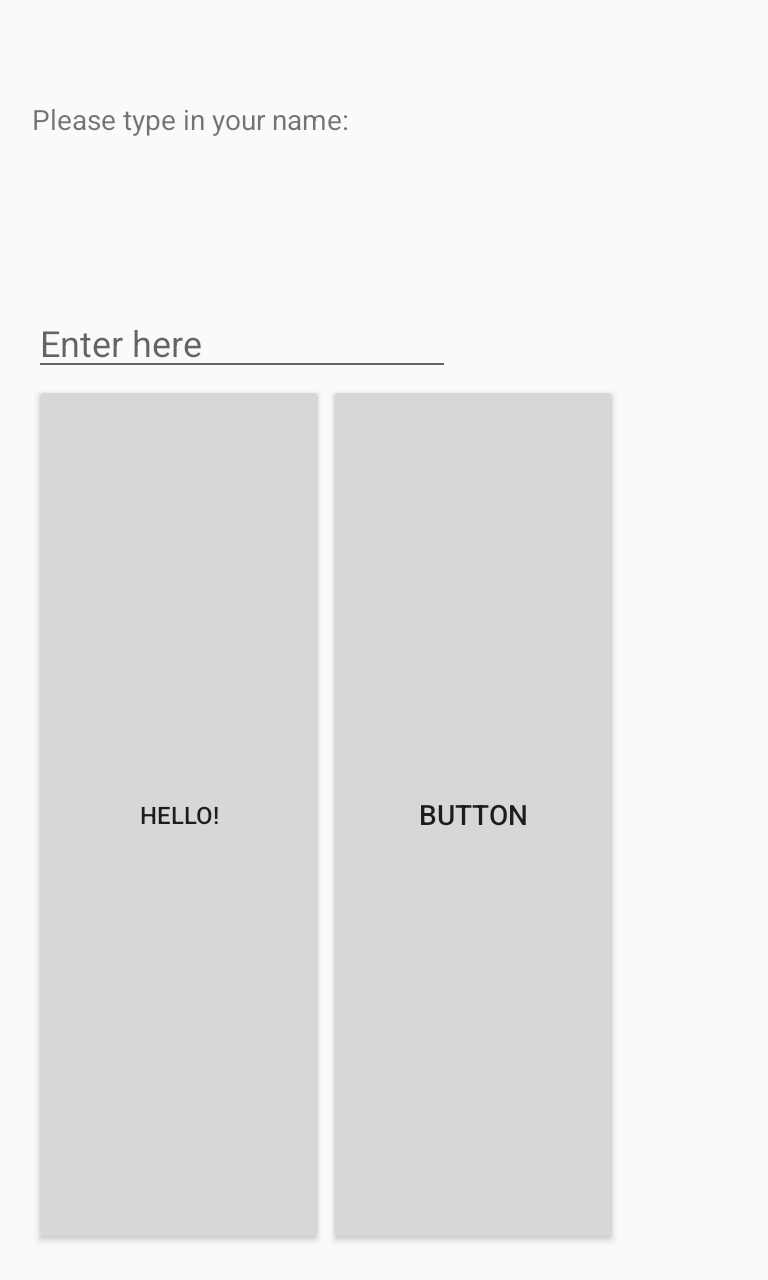
Repository: echolomaniac/HelloWorld
Layout: HelloWorld/res/layout/fragment_main.xml
The author's editor kept a copy of each file at every save. The layout is drawn from the files as they stood at one save, then again after the next save.
It is drawn on a 768 x 1280 px phone screen (xhdpi) without system bars, with theme AppTheme; the app's code is not run.

Above is the layout before, as saved 2014-05-06 05:20:02.

After the next save:
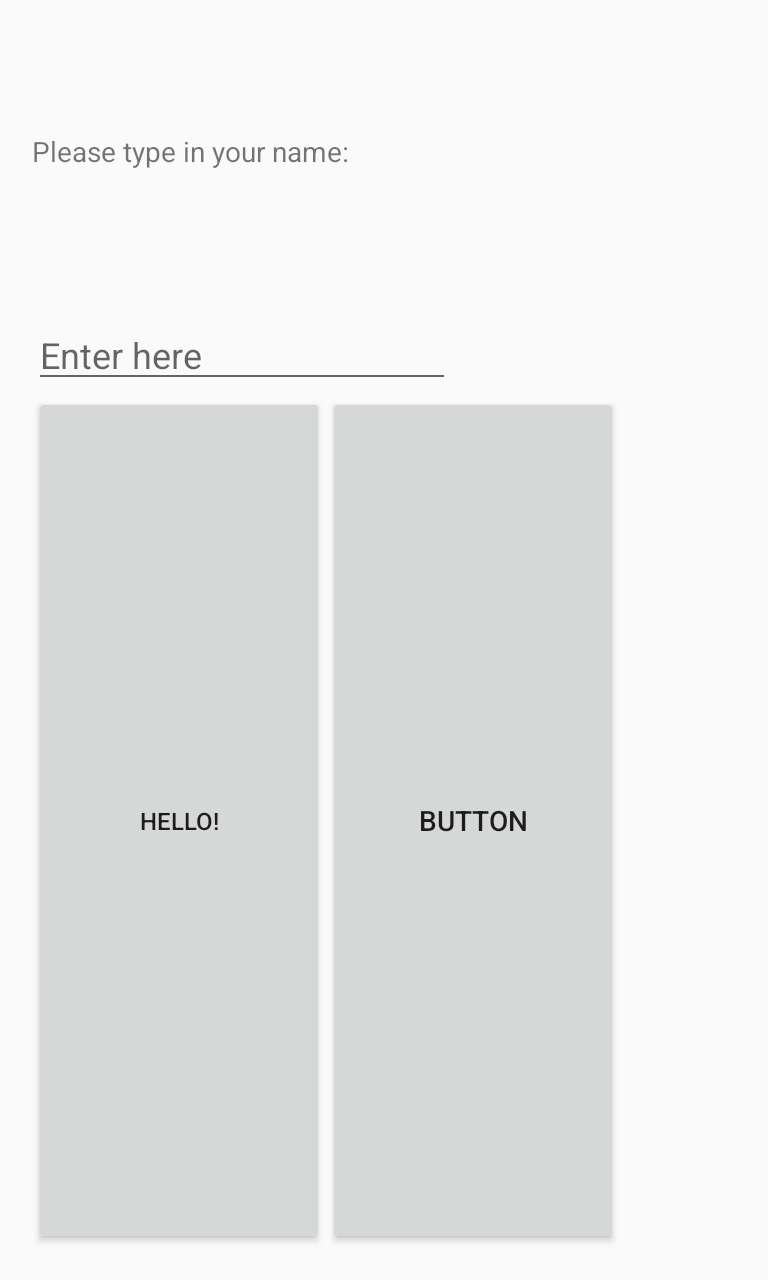
Saved 36 s later.
--- a/HelloWorld/res/layout/fragment_main.xml
+++ b/HelloWorld/res/layout/fragment_main.xml
@@ -19,14 +19,14 @@
             android:id="@+id/textView1"
             android:layout_width="wrap_content"
             android:layout_height="wrap_content"
-            android:layout_marginTop="34dp"
+            android:layout_marginTop="50dp"
             android:text="@string/enter_name" />
 
         <EditText
             android:id="@+id/editText1"
             android:layout_width="wrap_content"
             android:layout_height="wrap_content"
-            android:layout_marginTop="80dp"
+            android:layout_marginTop="70dp"
             android:ems="10"
             android:hint="@string/hint_enter_name" />
 
